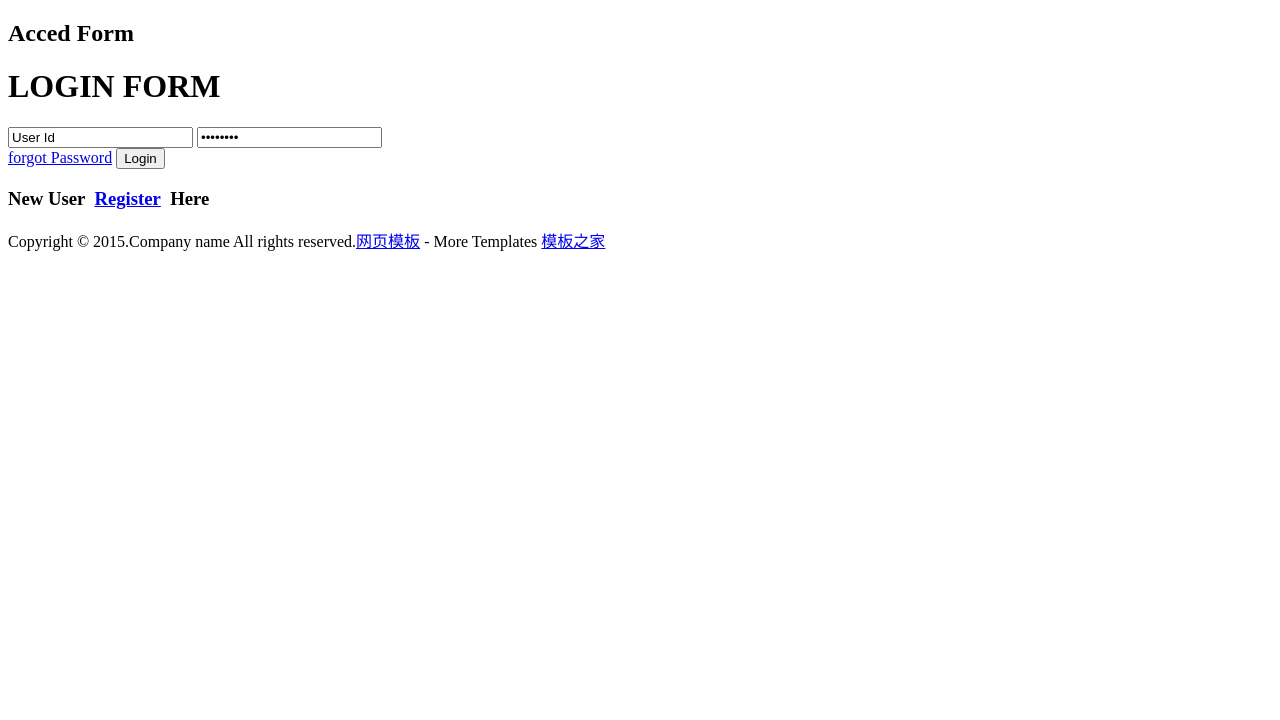
Repository: fintie/java-walker
Page: http://localhost/Walker/WEB-INF/views/login.jsp
These files come from the project's save history. The page is drawn as it stood at one moment and after the next save; the edit follows.
The browser window is 1280 px wide. The pictures show the whole page.
Some web fonts or font styles are not loaded; a fallback is used. The page is served by Tomcat 9. Nobody is signed in. The template is opened directly, without the code that normally fills it, so the values that code supplies are empty.

Above is the page before, as saved 2015-12-07 07:41:23.
Not found: Walker/Walker/resources/crunchify.css

After the next save:
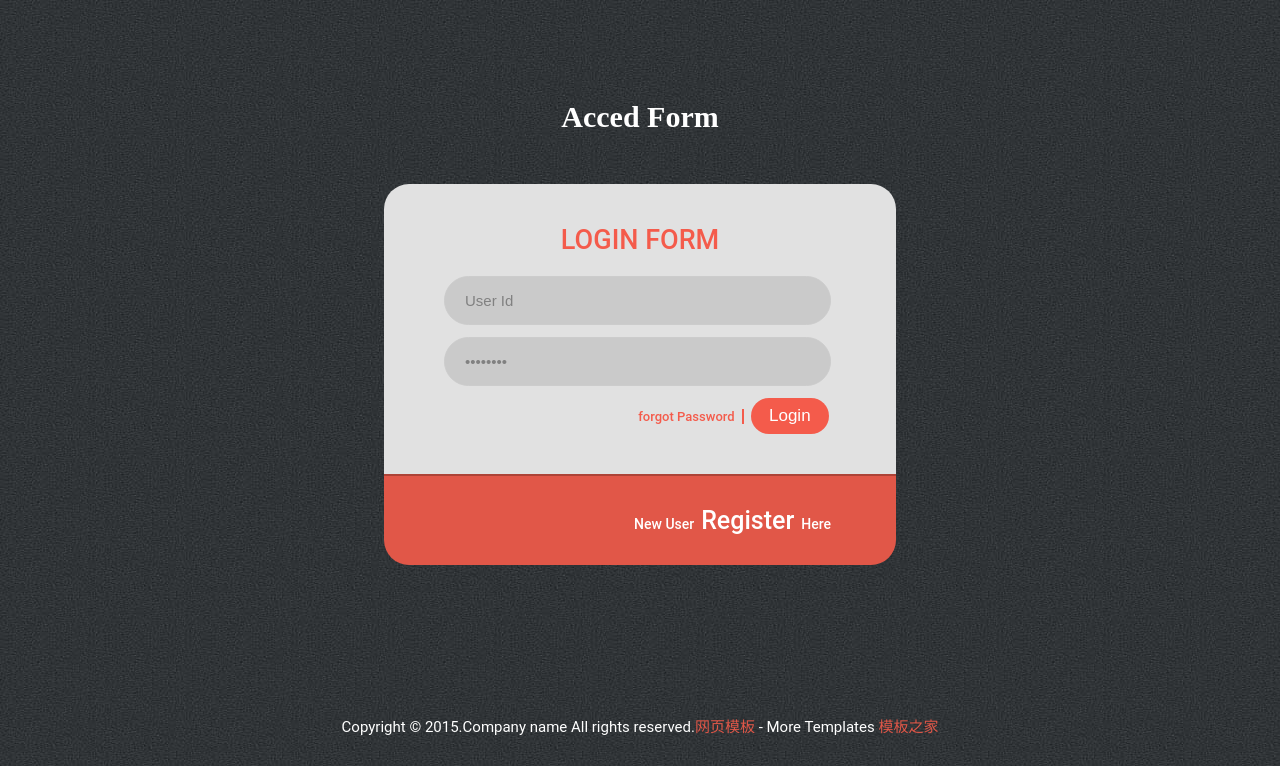
Saved 33 s later.
--- a/Walker/WebContent/WEB-INF/views/login.jsp
+++ b/Walker/WebContent/WEB-INF/views/login.jsp
@@ -9,7 +9,7 @@
 <head>
 <title>Home</title>
 <!-- Custom Theme files -->
-<spring:url value="/resources/crunchify.css" var="crunchifyCSS" />
+<spring:url value="/resources/login.css" var="crunchifyCSS" />
 <link href="${crunchifyCSS}" rel="stylesheet" />
 <!-- Custom Theme files -->
 <meta http-equiv="Content-Type" content="text/html; charset=utf-8" />
